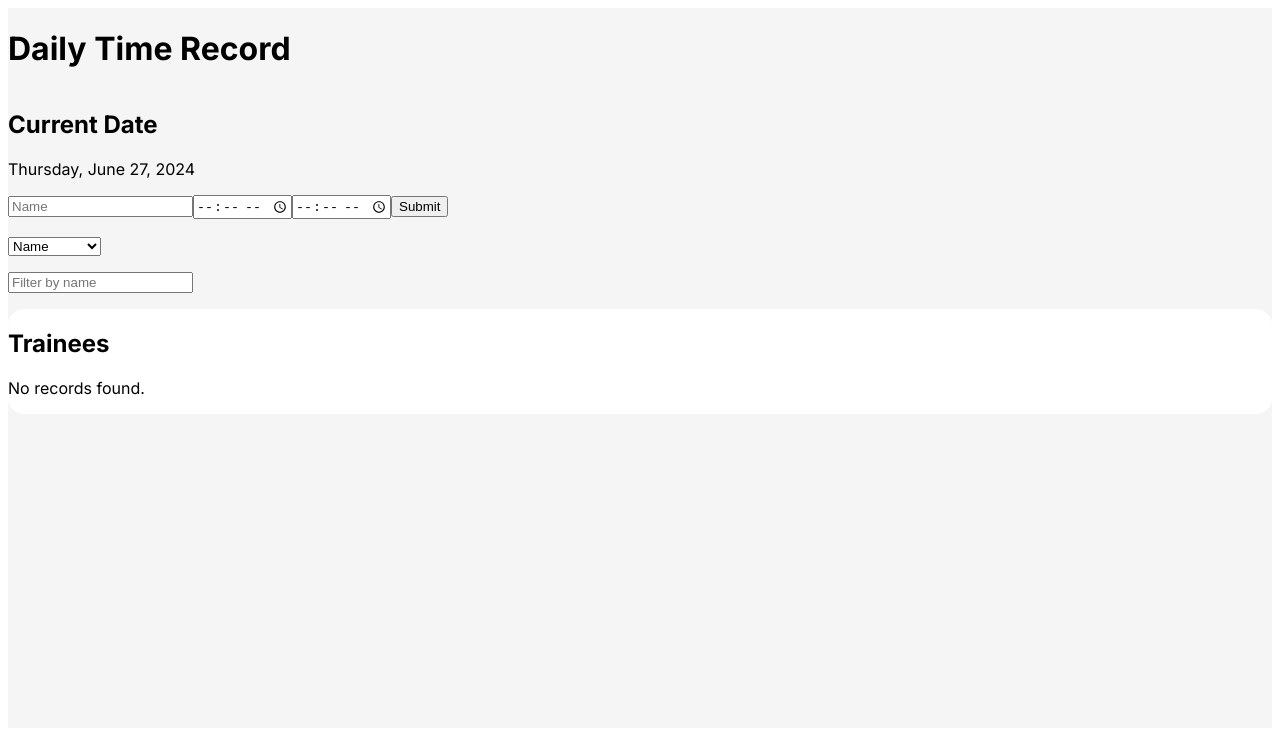
Repository: EeeeeEyyyy/daily_time_record
Page: /
The author's editor kept a copy of each file at every save. The page is drawn from the files as they stood at one save, then again after the next save.
The browser window is 1280 px wide. The pictures show the whole page.
The project was rebuilt for these pictures with package versions that can differ from the ones it lists, and the page was loaded fresh each time. The framework's server and built-in components were replaced by stand-ins that run in the browser. Also part of the build but not shown: next.config.mjs, src/app/globals.css.

Above is the page before, as saved 2024-06-27 14:56:53.

After the next save:
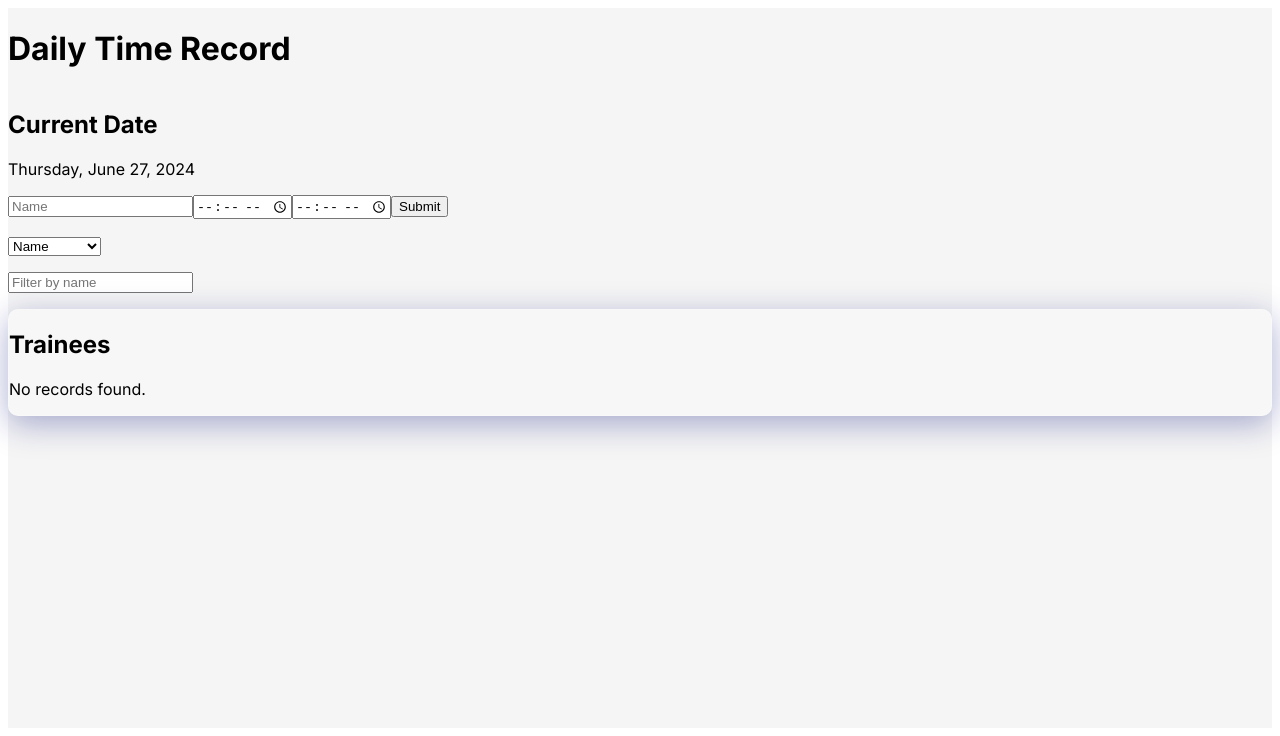
Saved 63 s later.
--- a/src/app/page.module.css
+++ b/src/app/page.module.css
@@ -5,8 +5,12 @@
     flex-direction:column;
 }
 .trainees_m{
-    border-radius:1rem;
-    background-color: #fff;
+    background: rgba( 255, 255, 255, 0.25 );
+box-shadow: 0 8px 32px 0 rgba( 31, 38, 135, 0.37 );
+backdrop-filter: blur( 4px );
+-webkit-backdrop-filter: blur( 4px );
+border-radius: 10px;
+border: 1px solid rgba( 255, 255, 255, 0.18 );
 }
 .trainees{
     display: flex;

After the 4 saves that followed:
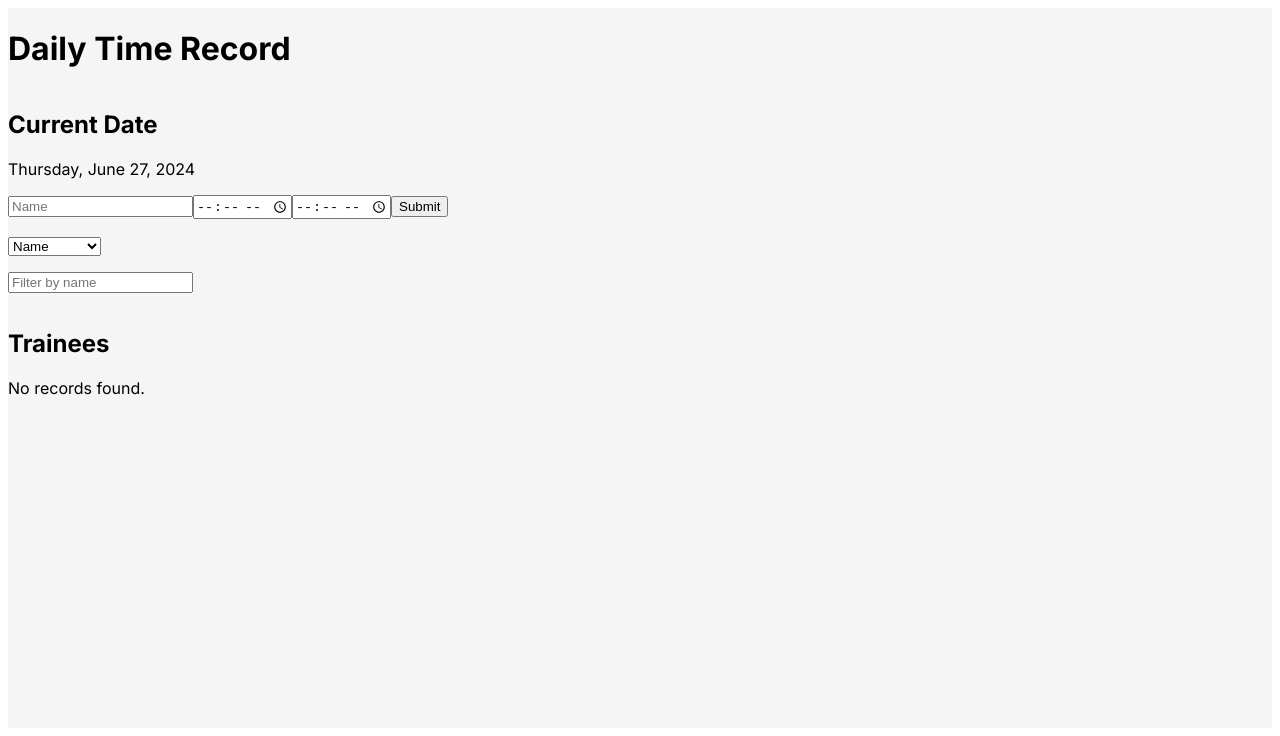
The 4 saves are shown as one change because 2 left the picture as it was and some came seconds apart.
The last was saved 3 min 34 s later.
--- a/src/app/page.module.css
+++ b/src/app/page.module.css
@@ -5,19 +5,18 @@
     flex-direction:column;
 }
 .trainees_m{
+border-radius:1rem;
+}
+.trainees{
+    display: flex;
+    flex-direction: row;
+    justify-content:space-between;
     background: rgba( 255, 255, 255, 0.25 );
 box-shadow: 0 8px 32px 0 rgba( 31, 38, 135, 0.37 );
 backdrop-filter: blur( 4px );
 -webkit-backdrop-filter: blur( 4px );
 border-radius: 10px;
 border: 1px solid rgba( 255, 255, 255, 0.18 );
-}
-.trainees{
-    display: flex;
-    flex-direction: row;
-    justify-content:space-between;
-    background-color:aqua;
-    border-radius: 1rem;
     margin:2rem 5rem;
     padding: 1rem;
 }
@@ -29,4 +28,5 @@
     height:2rem;
     align-items: center;
     padding-top:1.8rem;
+
 }
